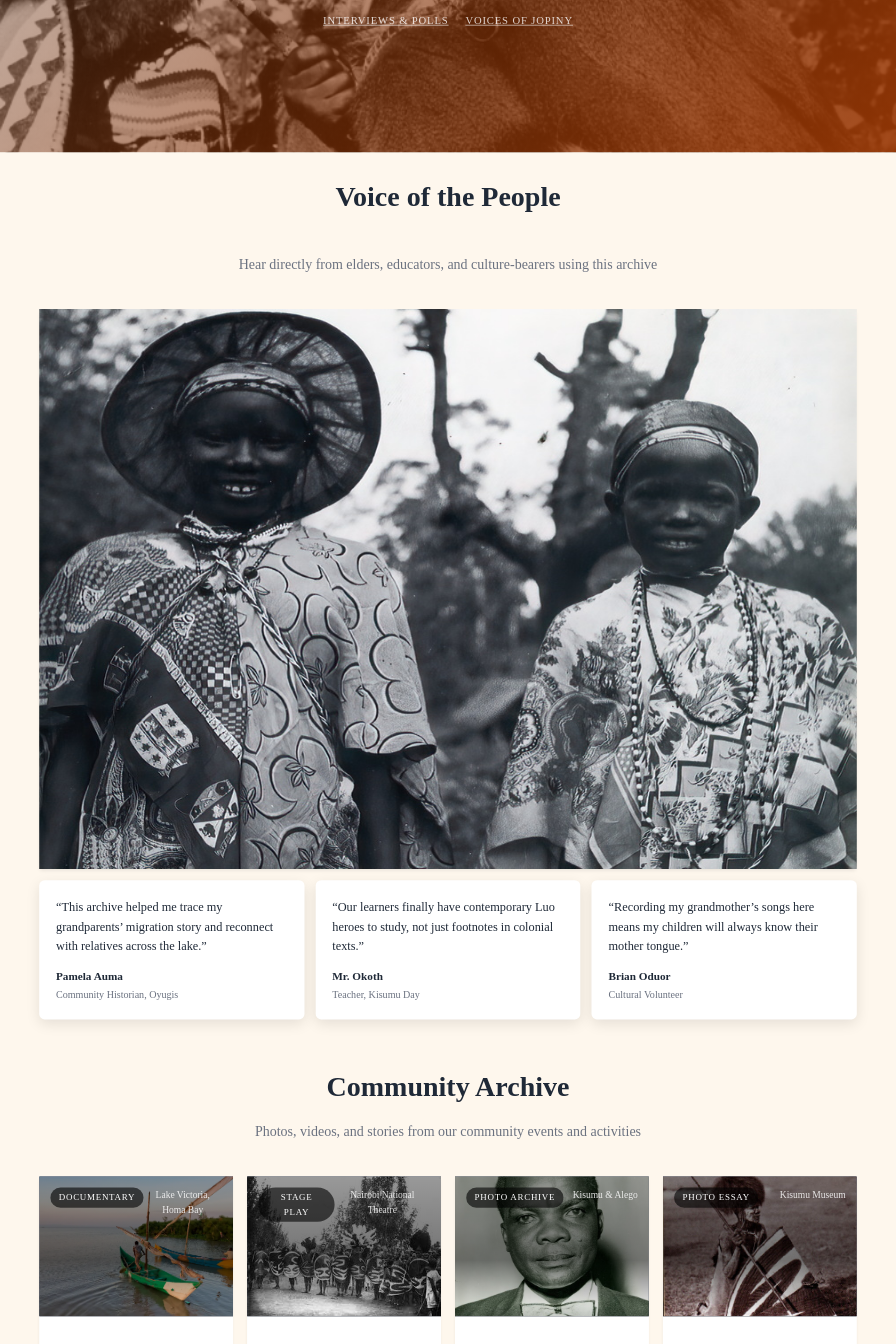
Repository: ianfranko/luo-community-history
Page: /
These files come from the project's save history. The page is drawn as it stood at one moment and after the next save; the edit follows.
The browser window is 1280 px wide. The pictures show the part of the page from y = 499 to 2419 px (the page is 4304 px tall before and 4272 px after), at 70% of full size.
The project was rebuilt for these pictures with package versions that can differ from the ones it lists, and the page was loaded fresh each time. The framework's server and built-in components were replaced by stand-ins that run in the browser. Also part of the build but not shown: next.config.ts.

Above is the page before, as saved 2025-11-23 06:51:35.

After the next save:
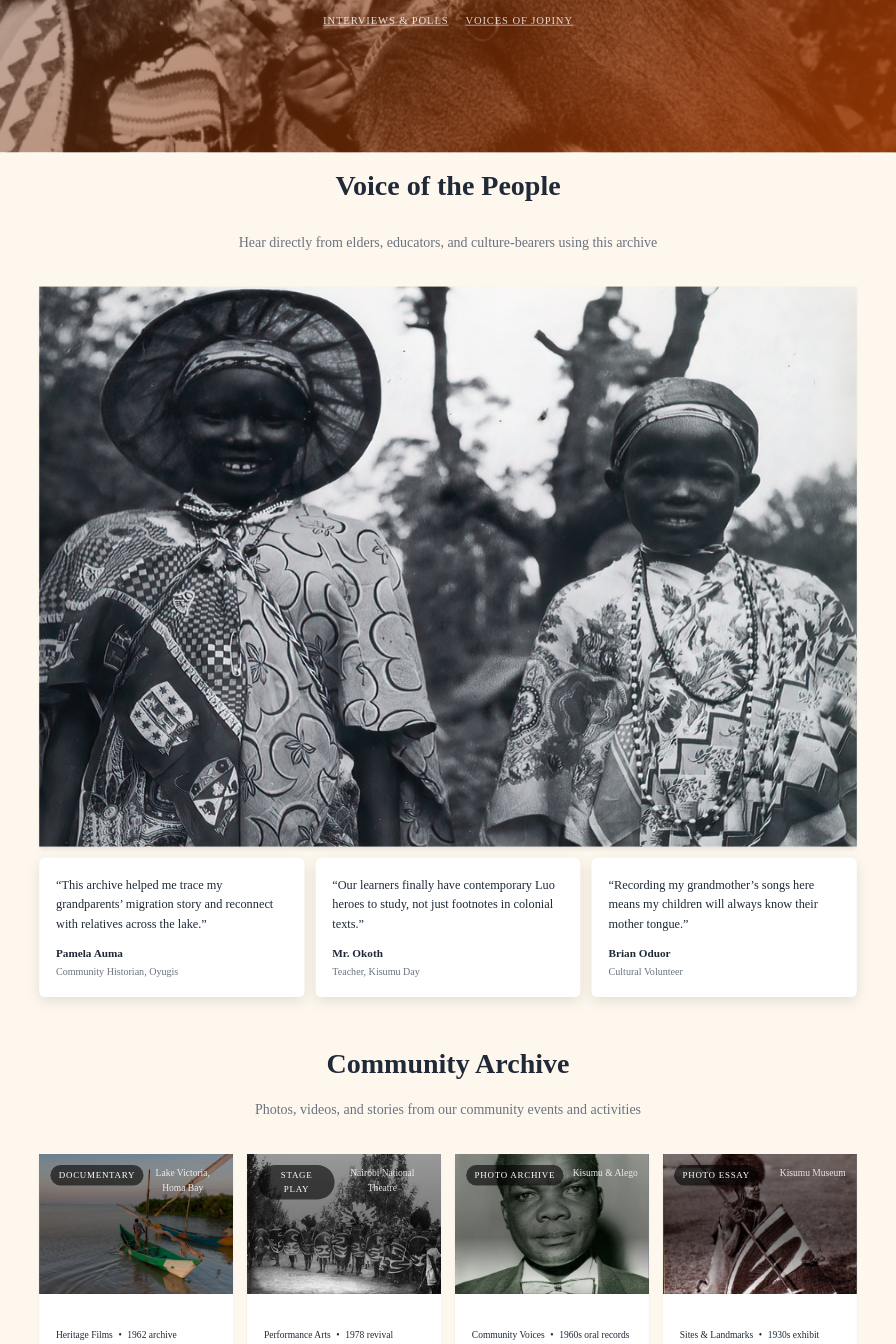
Saved 74 s later.
--- a/src/app/page.tsx
+++ b/src/app/page.tsx
@@ -191,7 +191,7 @@ export default function Home() {
   <div className="container max-w-6xl mx-auto flex flex-col h-full">
 
     {/* Title */}
-    <h2 className="section-title py-8 text-center mb-1">Voice of the People</h2>
+    <h2 className="section-title py-4 text-center mb-1">Voice of the People</h2>
 
     {/* Subtitle */}
     <p className="section-subtitle text-center mb-4">
